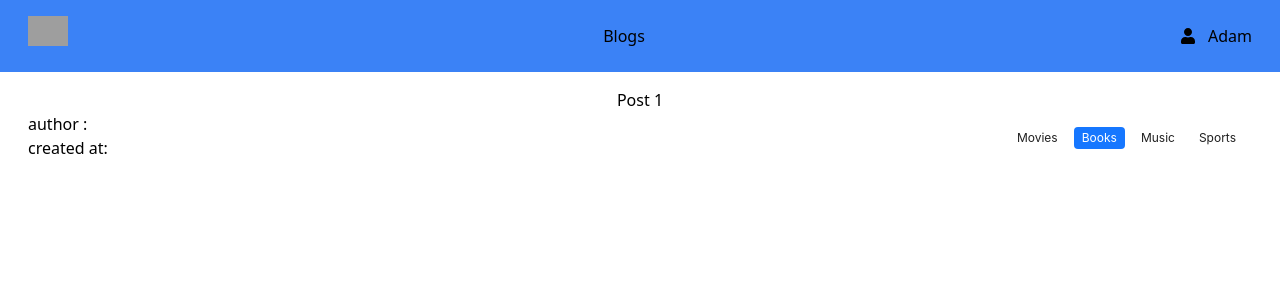
Repository: Lan-au-75/zv-app
Page: /
The author's editor kept a copy of each file at every save. The page is drawn from the files as they stood at one save, then again after the next save.
The browser window is 1280 px wide. The pictures show the whole page.
Pictures or frames that could not be fetched are drawn as grey boxes. The page's requests for data from a server got no answer. The project was rebuilt for these pictures with package versions that can differ from the ones it lists, and the page was loaded fresh each time. No one was signed in, and anything a server would have sent is missing. Also part of the build but not shown: vite.config.js.

Above is the page before, as saved 2023-12-13 14:48:59.

### src/App.jsx
import { useEffect, useState } from 'react'
import Header from './components/Header'
import Post from './components/Post'

export default function App() {
    const [posts, setPosts] = useState()
    const [comments, setComments] = useState()
    const [users, setUsers] = useState()

    useEffect(() => {
        const fetchPosts = async () => {
            const res = await fetch('https://jsonplaceholder.typicode.com/posts?_limit=10')
            const data = await res.json()
            setPosts(data)
        }

        const fetchComments = async () => {
            const res = await fetch('https://jsonplaceholder.typicode.com/comments?_limit=10')
            const data = await res.json()
            setComments(data)
        }

        const fetchUsers = async () => {
            const res = await fetch('https://jsonplaceholder.typicode.com/users?_limit=10')
            const data = await res.json()
            setUsers(data)
        }

        fetchPosts()
        fetchComments()
        fetchUsers()
    }, [])

    return (
        <div>
            <Header></Header>
            <Post posts={posts} comments={comments} users={users}></Post>
        </div>
    )
}

### src/components/Header.jsx
import { FaUser } from 'react-icons/fa'
function Header() {
    return (
        <header className='bg-blue-500'>
            <div className='flex items-center justify-between mx-3 p-4'>
                <div className='w-10 h-10 '>
                    <img
                        src='https://cdn.pixabay.com/photo/2020/07/21/02/07/facebook-5424833_960_720.png'
                        alt='facebook'
                    />
                </div>
                <div>Blogs</div>
                <div className='flex gap-3 items-center'>
                    <FaUser />
                    <div>Adam</div>
                </div>
            </div>
        </header>
    )
}

export default Header

### src/components/Post.jsx
/* eslint-disable react/prop-types */
import { Space } from 'antd'
import CheckableTag from 'antd/es/tag/CheckableTag'
import { useEffect, useState } from 'react'

const tagsData = ['Movies', 'Books', 'Music', 'Sports']

function Post({ posts, comments, users }) {
    const [selectedTags, setSelectedTags] = useState(['Books'])

    const [data, setData] = useState()

    // console.log(data)

    const handleChange = (tag, checked) => {
        const nextSelectedTags = checked
            ? [...selectedTags, tag]
            : selectedTags.filter((t) => t !== tag)
        console.log('You are interested in: ', nextSelectedTags)
        setSelectedTags(nextSelectedTags)
    }

    const getUsersById = async (userIds) => {
        const result = posts?.filter((post) => userIds.includes(post.userId))

        return result
    }

    const getPostsById = async (postIds) => {
        const result = posts?.filter((post) => postIds.includes(post.id))

        return result
    }

    const getComments = async () => {
        // eslint-disable-next-line react/prop-types
        const postIds = comments?.map((comment) => comment.postId)
        const userIds = posts?.map((post) => post.userId)

        const post = await getPostsById(postIds)
        const user = await getUsersById(userIds)

        const result = {
            posts: post,
            comments,
            users: user,
        }

        setData(result)
    }

    const format = data?.comments?.map((comment) => {
        // Tìm bài viết tương ứng với comment
        const post = data?.posts?.find((post) => post.id === comment.postId)

        // Nếu tìm thấy bài viết, nối post với comment
        if (post) {
            return {
                ...comment,
                post: post,
            }
        }

        console.log(post)

        // Nếu không tìm thấy bài viết, trả về comment ban đầu
        return comment
    })

    useEffect(() => {
        getComments()
    }, [])

    return (
        <>
            <main className='p-4'>
                <h1 className='flex items-center justify-center'>Post 1</h1>
                <div className='flex items-center justify-between mx-3'>
                    {/* author */}
                    <div>
                        <h3>author : </h3>
                        <span className='mt-2'>created at: </span>
                    </div>
                    {/* search keyword */}
                    <div>
                        <Space size={[0, 8]} wrap>
                            {tagsData.map((tag) => (
                                <CheckableTag
                                    key={tag}
                                    checked={selectedTags.includes(tag)}
                                    onChange={(checked) => handleChange(tag, checked)}
                                >
                                    {tag}
                                </CheckableTag>
                            ))}
                        </Space>
                    </div>
                </div>
                {/* desc */}
                <p></p>
            </main>
        </>
    )
}

export default Post

Loaded but not shown: index.html (common file); src/main.jsx (common file); src/index.css (common file); tailwind.config.js (common file)

After the next save:
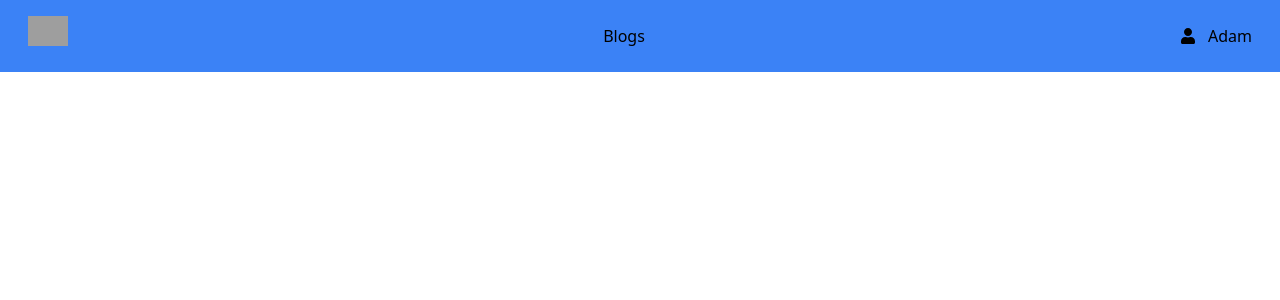
Saved 3 min 51 s later.
--- a/src/components/Post.jsx
+++ b/src/components/Post.jsx
@@ -50,10 +50,8 @@
     }
 
     const format = data?.comments?.map((comment) => {
-        // Tìm bài viết tương ứng với comment
         const post = data?.posts?.find((post) => post.id === comment.postId)
 
-        // Nếu tìm thấy bài viết, nối post với comment
         if (post) {
             return {
                 ...comment,
@@ -63,7 +61,6 @@
 
         console.log(post)
 
-        // Nếu không tìm thấy bài viết, trả về comment ban đầu
         return comment
     })
 
@@ -73,32 +70,36 @@
 
     return (
         <>
-            <main className='p-4'>
-                <h1 className='flex items-center justify-center'>Post 1</h1>
-                <div className='flex items-center justify-between mx-3'>
-                    {/* author */}
-                    <div>
-                        <h3>author : </h3>
-                        <span className='mt-2'>created at: </span>
-                    </div>
-                    {/* search keyword */}
-                    <div>
-                        <Space size={[0, 8]} wrap>
-                            {tagsData.map((tag) => (
-                                <CheckableTag
-                                    key={tag}
-                                    checked={selectedTags.includes(tag)}
-                                    onChange={(checked) => handleChange(tag, checked)}
-                                >
-                                    {tag}
-                                </CheckableTag>
-                            ))}
-                        </Space>
-                    </div>
-                </div>
-                {/* desc */}
-                <p></p>
-            </main>
+            {format?.map((item) => (
+                <>
+                    <main className='p-4'>
+                        <h1 className='flex items-center justify-center'>{item.title}</h1>
+                        <div className='flex items-center justify-between mx-3'>
+                            {/* author */}
+                            <div>
+                                <h3>author : </h3>
+                                <span className='mt-2'>created at: </span>
+                            </div>
+                            {/* search keyword */}
+                            <div>
+                                <Space size={[0, 8]} wrap>
+                                    {tagsData.map((tag) => (
+                                        <CheckableTag
+                                            key={tag}
+                                            checked={selectedTags.includes(tag)}
+                                            onChange={(checked) => handleChange(tag, checked)}
+                                        >
+                                            {tag}
+                                        </CheckableTag>
+                                    ))}
+                                </Space>
+                            </div>
+                        </div>
+                        {/* desc */}
+                        <p></p>
+                    </main>
+                </>
+            ))}
         </>
     )
 }

After the 6 saves that followed:
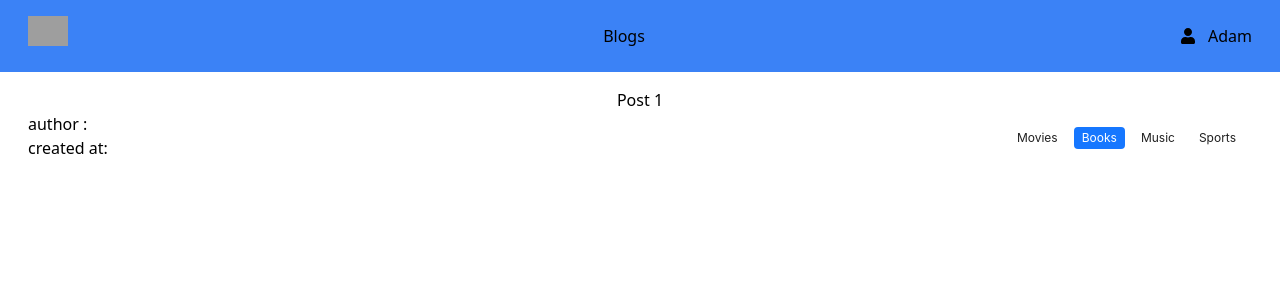
The 6 saves are shown as one change because 4 did not build or start and 1 left the picture as it was.
The last was saved 4 min 59 s later.
--- a/src/components/Post.jsx
+++ b/src/components/Post.jsx
@@ -70,36 +70,32 @@
 
     return (
         <>
-            {format?.map((item) => (
-                <>
-                    <main className='p-4'>
-                        <h1 className='flex items-center justify-center'>{item.title}</h1>
-                        <div className='flex items-center justify-between mx-3'>
-                            {/* author */}
-                            <div>
-                                <h3>author : </h3>
-                                <span className='mt-2'>created at: </span>
-                            </div>
-                            {/* search keyword */}
-                            <div>
-                                <Space size={[0, 8]} wrap>
-                                    {tagsData.map((tag) => (
-                                        <CheckableTag
-                                            key={tag}
-                                            checked={selectedTags.includes(tag)}
-                                            onChange={(checked) => handleChange(tag, checked)}
-                                        >
-                                            {tag}
-                                        </CheckableTag>
-                                    ))}
-                                </Space>
-                            </div>
-                        </div>
-                        {/* desc */}
-                        <p></p>
-                    </main>
-                </>
-            ))}
+            <main className='p-4'>
+                <h1 className='flex items-center justify-center'>Post 1</h1>
+                <div className='flex items-center justify-between mx-3'>
+                    {/* author */}
+                    <div>
+                        <h3>author : </h3>
+                        <span className='mt-2'>created at: </span>
+                    </div>
+                    {/* search keyword */}
+                    <div>
+                        <Space size={[0, 8]} wrap>
+                            {tagsData.map((tag) => (
+                                <CheckableTag
+                                    key={tag}
+                                    checked={selectedTags.includes(tag)}
+                                    onChange={(checked) => handleChange(tag, checked)}
+                                >
+                                    {tag}
+                                </CheckableTag>
+                            ))}
+                        </Space>
+                    </div>
+                </div>
+                {/* desc */}
+                <p></p>
+            </main>
         </>
     )
 }
